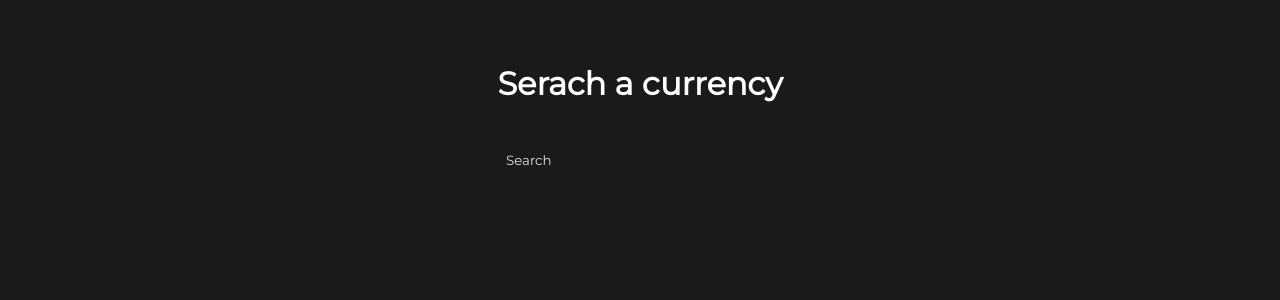
Repository: Malooyyy/crypto-tracker
Page: /
An editor plug-in stored every save of this project. The page is shown before and after the next save, followed by the edit.
The browser window is 1280 px wide. The pictures show the whole page.
The page's requests for data from a server got no answer. The project was rebuilt for these pictures with package versions that can differ from the ones it lists, and the page was loaded fresh each time. No one was signed in, and anything a server would have sent is missing. Also part of the build but not shown: src/Coin.css, src/Coin.js.

Above is the page before, as saved 2022-06-29 09:22:16.

After the next save:
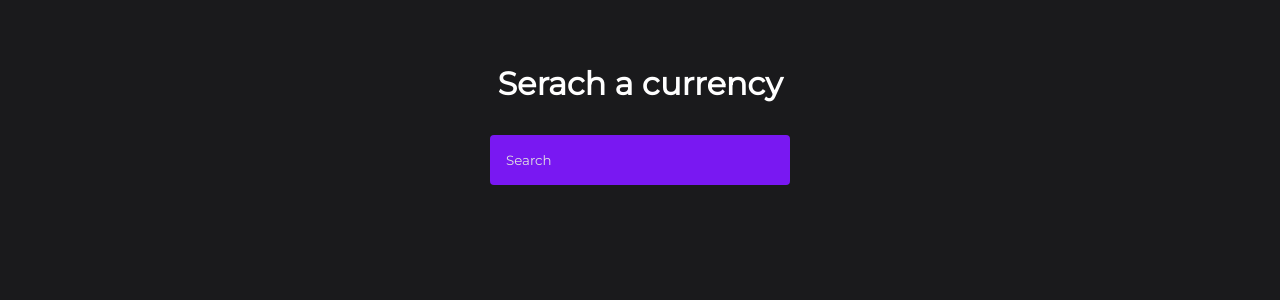
Saved 37 s later.
--- a/src/index.css
+++ b/src/index.css
@@ -37,6 +37,7 @@
   border-radius: 4px;
   border: none;
   border-image: Linear-gradients(-225deg, #ac32e4 0%, #7918f2, #4801ff 100%);
+  background: #7918f2;
   color: #e2e2e2;
 }
 
